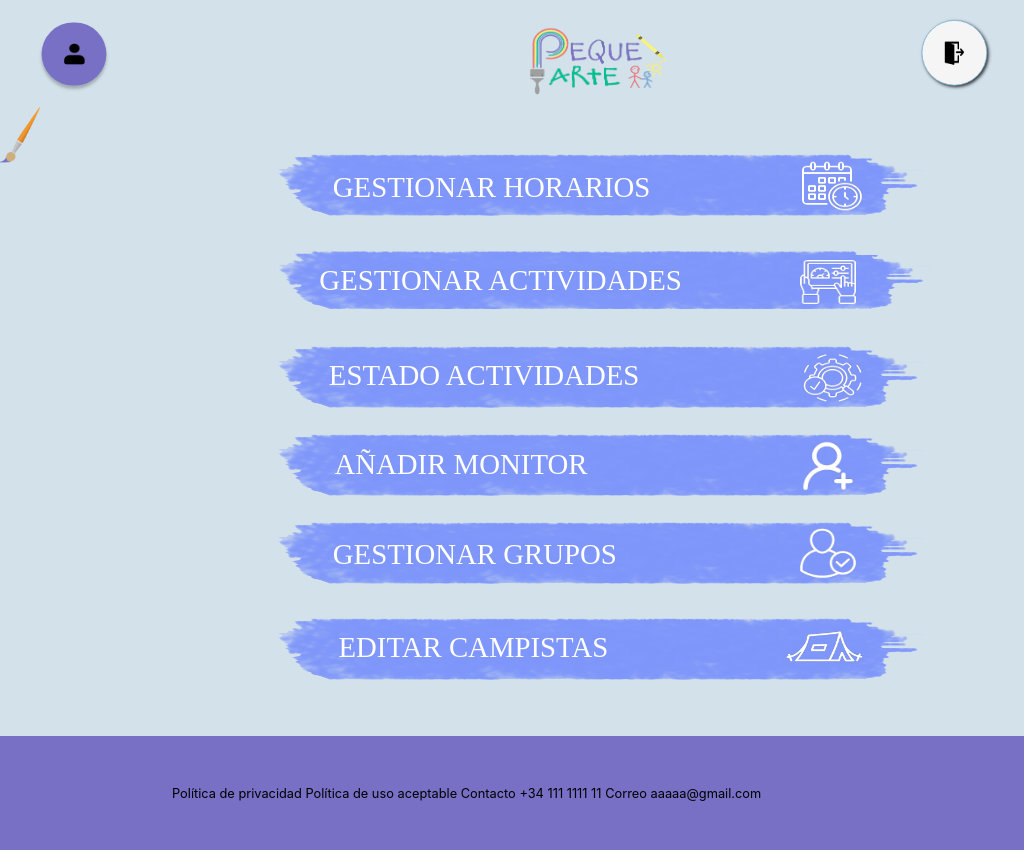
Repository: maariadomiingo/Proyecto-Integrador-Campamento
Page: html/interfaz_coordinador.html
An editor plug-in stored every save of this project. The page is shown before and after the next save, followed by the edit.
The browser window is 1280 px wide. The pictures show the whole page, at 80% of full size.

Above is the page before, as saved 2025-02-05 12:04:24.

### html/interfaz_coordinador.html
<!DOCTYPE html>
<html lang="es">
  <head>
    <meta charset="UTF-8" />
    <meta name="viewport" content="width=device-width, initial-scale=1.0" />
    <title>Documento</title>
    <link rel="stylesheet" href="../css/interfaz_coordinador.css" />
  </head>
  <body>
    <div class="contenedor">
      <div class="fondo"></div>
      <div class="circulo"></div>
      <img class="icono-usuario" src="../img/user.png" />
      <div class="circulo-salir"></div>
      <img class="icono-salir" src="../img/cerrar-sesion.png" />
      <div class="pie-de-pagina"></div>
      <div class="texto-pie-de-pagina">
        Política de privacidad Política de uso aceptable Contacto +34 111 1111
        11 Correo aaaaa@gmail.com
      </div>
      <div class="div-vacio"></div>
      <img class="trazo-pincel-1" src="../img/trazo-pincel.png" />
      <img class="trazo-pincel-2" src="../img/trazo-pincel.png" />
      <img class="trazo-pincel-3" src="../img/trazo-pincel.png" />
      <div class="agregar-monitor">
        <div class="texto-agregar-monitor">AÑADIR MONITOR</div>
      </div>
      <img class="icono-añadirMonitor" src="../img/anadir.png" />

      <img class="icono-estado-actividades" src="../img/actividades.png" />
      <img class="trazo-pincel-4" src="../img/trazo-pincel.png" />
      <div class="estado-actividades">
        <div class="texto-estado-actividades">ESTADO ACTIVIDADES</div>

      </div>


      <div class="gestionar-actividades">
        <img class="trazo-pincel-5" src="../img/trazo-pincel.png" />
        <div class="texto-gestionar-actividades">GESTIONAR ACTIVIDADES</div>
       </div>
       <img class="icono-actividades" src="../img/administrar.png" />

      <img id="pincel" src="../img/pincel.png" />


<!--       GESTIONAR HORARIOS-->
       <img class="trazo-pincel-6" src="../img/trazo-pincel.png" class="imagen-horarios" />
      <div class="gestionar-horarios">
        <div class="texto-gestionar-horarios">GESTIONAR HORARIOS</div>
      </div>
      <img class="icono-horario" src="../img/calendario.png" />

      <img class="logo" src="../img/logo sin fondo.png" />
      <img class="icono-campistas" src="../img/campistas.png" />

      <div class="editar-campistas">EDITAR CAMPISTAS</div>

      <div class="gestionar-grupos">GESTIONAR GRUPOS</div>
      <img class="icon-gestionarGrupos" src="../img/pasarlista.png" />
      </div>
    </div>
    <script src="../js/interfaz_coordinador.js"></script>
  </body>
</html>

### css/interfaz_coordinador.css
body {
  margin: 0;
  padding: 0;
  font-family: Arial, sans-serif;
  background: #D3E1EB;
  width: 100%; /* Ocupa el 100% del ancho de la pantalla */
  overflow-x: hidden; /* Evita el desplazamiento horizontal */
}

.circulo {
  width: 81px;
  height: 79px;
  left: 52px;
  top: 28px;
  position: absolute;
  background: #7770C5;
  box-shadow: 0px 4px 4px rgba(0, 0, 0, 0.25);
  border-radius: 9999px;
}

.icono-usuario {
  width: 34px;
  height: 31px;
  left: 76px;
  top: 52px;
  position: absolute;
}

.circulo-salir {
  width: 80px;
  height: 80px;
  left: 90%;
  top: 25px;
  position: absolute;
  background: #F5F5F5;
  box-shadow: 2px 2px 4px rgba(0, 0, 0, 0.75);
  border-radius: 9999px;
  border: 1px #7AB3D7 solid;
}

.icono-salir {
  left: 92.3%;
  top: 52px;
  width: 24px;
  height: 29px;
  position: absolute;
}

.pie-de-pagina {
  width: 100%; /* Ajusta el ancho al 100% del viewport */
  height: 143px;
  left: 0px;
  top: 920px;
  position: absolute;
  background: #7770C5;
}

.texto-pie-de-pagina {
  width: 1009px;
  left: 215px;
  top: 982px;
  position: absolute;
  color: black;
  font-size: 16px;
  font-family: Inter;
  font-weight: 400;
  word-wrap: break-word;
}

.div-vacio {
  width: 407px;
  height: 125px;
  left: 187px;
  top: 300px;
  position: absolute;
}

.trazo-pincel-1,
.trazo-pincel-2,
.trazo-pincel-3,
.trazo-pincel-4,
.trazo-pincel-5,
.trazo-pincel-6 {
  width: 940px;
  height: 400px;
  left: 288px;
  position: absolute;
}

.trazo-pincel-1 { top: 630px; }
.trazo-pincel-2 { top: 510px; }
.trazo-pincel-3 { top: 400px; }
.trazo-pincel-4 { top: 290px; }
.trazo-pincel-5 { top: 510px; }
.trazo-pincel-6 { top: 50px; }

.agregar-monitor {
  width: 955px;
  height: 110px;
  left: 281px;
  top: 516px;
  position: absolute;
}

.agregar-monitor img {
  width: 955px;
  height: 114px;
  left: 0px;
  top: 0px;
  position: absolute;
}

.texto-agregar-monitor {
  width: 455px;
  height: 17.65px;
  left: 137px;
  top: 44px;
  position: absolute;
  color: white;
  font-size: 36px;
  font-family: Montserrat;
  font-weight: 500;
  word-wrap: break-word;
}

.estado-actividades {
  width: 955px;
  height: 114px;
  left: 284px;
  top: 402px;
  position: absolute;
}

.estado-actividades img {
  width: 955px;
  height: 114px;
  left: 0px;
  top: 0px;
  position: absolute;
}

.texto-estado-actividades {
  width: 533px;
  height: 18.30px;
  left: 127px;
  top: 46.41px;
  position: absolute;
  color: white;
  font-size: 36px;
  font-family: Montserrat;
  font-weight: 500;
  word-wrap: break-word;
}

.gestionar-actividades {
  width: 948px;
  height: 134px;
  left: 288px;
  top: 268px;
  position: relative;
}

.gestionar-actividades img {
  width: 948px;
  height: 380px;
  left: 0px;
  top: -90px;
  position: absolute;
}

.texto-gestionar-actividades {
  width: 566.81px;
  height: 21.51px;
  left: 111.19px;
  top: 61.17px;
  position: absolute;
  color: white;
  font-size: 36px;
  font-family: Montserrat;
  font-weight: 500;
  word-wrap: break-word;
}

.pincel {
  width: 100px;
  height: 185px;
  left: 330px;
  top: 390px;
  position: absolute;
  transform: rotate(180deg);
  transform-origin: 0 0;

  display: none; /* Oculta el pincel inicialmente */
  pointer-events: none; /* Evita que el pincel interfiera con los eventos del ratón */
  transition: top 0.1s ease; /* Suaviza el movimiento */



}

.div-vacio-2 {
  width: 651px;
  height: 863px;
  left: 670px;
  top: 463px;
  position: absolute;
}

.gestionar-horarios {
  width: 962px;
  height: 128px;
  left: 288px;
  top: 152px;
  position: absolute;
}

.gestionar-horarios img {
  width: 962px;
  height: 128px;
  left: 0px;
  top: 0px;
  position: absolute;
}

.imagen-horarios {
  width: 26px;
  height: 256px;
  left: 674.91px;
  top: 44.25px;
  position: absolute;
}

.texto-gestionar-horarios {
  width: 584.25px;
  height: 20.54px;
  left: 127.93px;
  top: 60.84px;
  position: absolute;
  color: white;
  font-size: 36px;
  font-family: Montserrat;
  font-weight: 500;
  word-wrap: break-word;
}

.icono-horario {
  width: 80px;
  height: 65px;
  left: 1000px;
  top: 200px;
  position: absolute;
}

.icono-actividades {
  width: 80px;
  height: 65px;
  left: 1000px;
  top: 440px;
  position: absolute;
}

.icono-gestionar {
  width: 80px;
  height: 65px;
  left: 1000px;
  top: 200px;
  position: absolute;
}

.icono-estado-actividades {
  width: 70px;
  height: 55px;
  left: 1000px;
  top: 325px;
  position: absolute;
  z-index: 1;
}

.icono-añadirMonitor {
  width: 70px;
  height: 65px;
  left: 1000px;
  top: 550px;
  position: absolute;
}

.icon-gestionarGrupos {
  width: 70px;
  height: 63px;
  left: 1000px;
  top: 660px;
  position: absolute;
}

.logo {
  width: 194px;
  height: 103px;
  left: 647px;
  top: 25px;
  position: absolute;
}

.icono-campistas {
  width: 95px;
  height: 80px;
  left: 983px;
  top: 768px;
  position: absolute;
}

.div-vacio-3 {
  width: 100px;
  height: 100px;
  left: 646px;
  top: 210px;
  position: absolute;
}

.editar-campistas {
  width: 455px;
  height: 60px;
  left: 423px;
  top: 788px;
  position: absolute;
  color: white;
  font-size: 36px;
  font-family: Montserrat;
  font-weight: 500;
  word-wrap: break-word;
}

.gestionar-grupos {
  width: 455px;
  height: 17.65px;
  left: 416px;
  top: 672px;
  position: absolute;
  color: white;
  font-size: 36px;
  font-family: Montserrat;
  font-weight: 500;
  word-wrap: break-word;
}

.rectangulo-pequeno {
  width: 69px;
  height: 70px;
  padding-left: 5.75px;
  padding-right: 5.75px;
  padding-top: 17.50px;
  padding-bottom: 17.50px;
  left: 966px;
  top: 655px;
  position: absolute;
  flex-direction: column;
  justify-content: center;
  align-items: center;
  display: inline-flex;
}

.rectangulo-interno {
  width: 57.50px;
  height: 35px;
  background: white;
}

.imagen-pequena-1 {
  width: 77px;
  height: 78px;
}

.imagen-pequena-2 {
  width: 77px;
  height: 73px;
}

.imagen-pequena-3 {
  width: 46px;
  height: 49px;
}

### js/interfaz_coordinador.js
// Selecciona la imagen del pincel
const pincel = document.getElementById("pincel");

// Selecciona todos los trazos de pincel
const trazosPincel = document.querySelectorAll(".trazo-pincel-1, .trazo-pincel-2, .trazo-pincel-3, .trazo-pincel-4, .trazo-pincel-5, .trazo-pincel-6");

// Mantén el tamaño original del pincel
pincel.style.width = "50px"; // Ajusta según el tamaño original en CSS
pincel.style.height = "auto"; // Mantiene la proporción

// Función para mover el pincel verticalmente sin cambiar tamaño
function moverPincel(event) {
  const rect = event.target.getBoundingClientRect();
  const mouseY = event.clientY - rect.top;

  // Asegurar que el pincel no cambie de tamaño y se mantiene alineado
  pincel.style.top = `${rect.top + mouseY - pincel.offsetHeight / 2}px`;
  pincel.style.left = `${rect.left}px`;
  pincel.style.display = "block";
}

// Función para ocultar el pincel
function ocultarPincel() {
  pincel.style.display = "none";
}

// Añade eventos a los trazos de pincel
trazosPincel.forEach((trazo) => {
  trazo.addEventListener("mousemove", moverPincel);
  trazo.addEventListener("mouseleave", ocultarPincel);
});

After the next save:
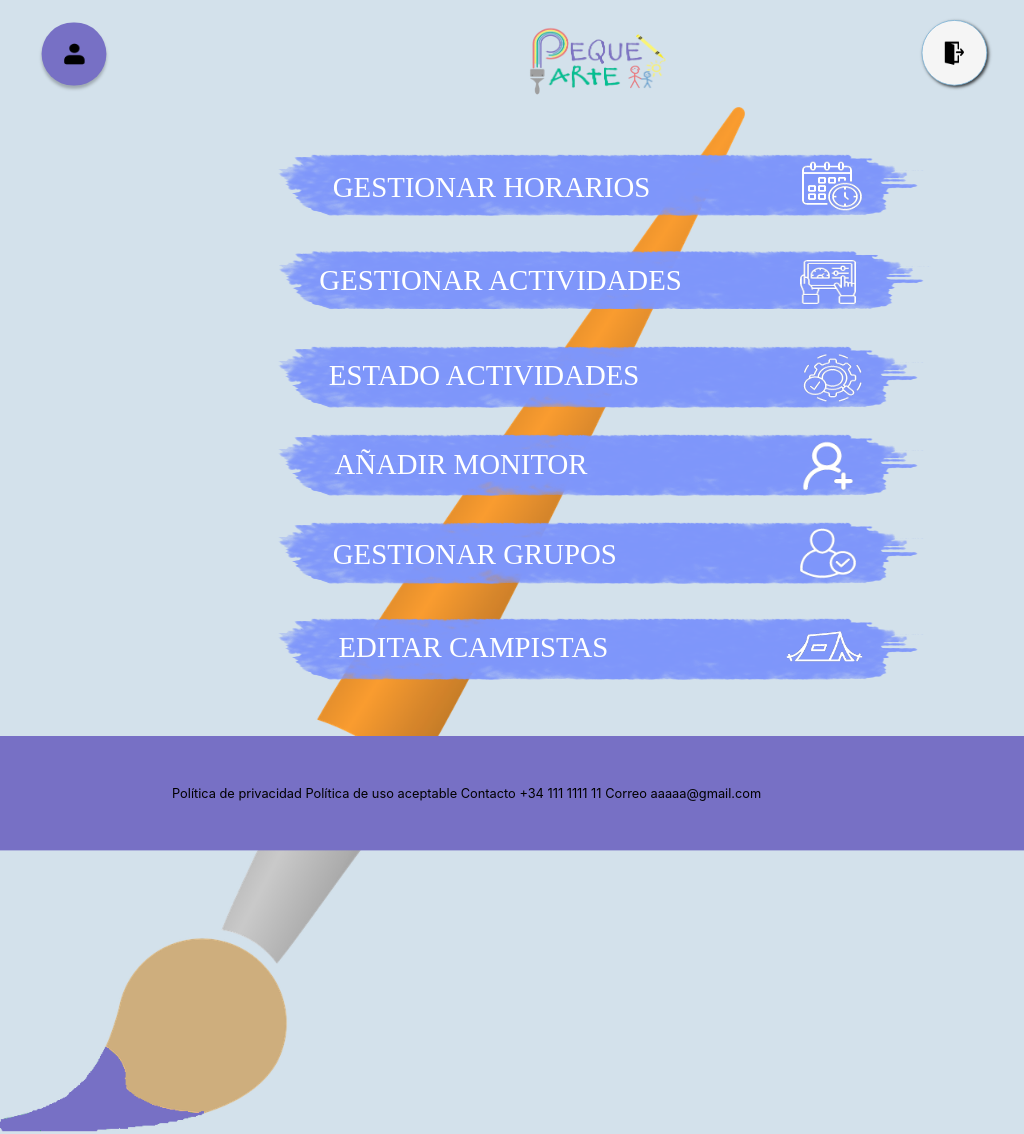
Saved 15 s later.
--- a/js/interfaz_coordinador.js
+++ b/js/interfaz_coordinador.js
@@ -1,31 +1,31 @@
-// Selecciona la imagen del pincel
-const pincel = document.getElementById("pincel");
 
-// Selecciona todos los trazos de pincel
-const trazosPincel = document.querySelectorAll(".trazo-pincel-1, .trazo-pincel-2, .trazo-pincel-3, .trazo-pincel-4, .trazo-pincel-5, .trazo-pincel-6");
+  // Selecciona la imagen del pincel
+  const pincel = document.getElementById("pincel");
 
-// Mantén el tamaño original del pincel
-pincel.style.width = "50px"; // Ajusta según el tamaño original en CSS
-pincel.style.height = "auto"; // Mantiene la proporción
+  // Selecciona todos los trazos de pincel
+  const trazosPincel = document.querySelectorAll(
+    ".trazo-pincel-1, .trazo-pincel-2, .trazo-pincel-3, .trazo-pincel-4, .trazo-pincel-5, .trazo-pincel-6"
+  );
 
-// Función para mover el pincel verticalmente sin cambiar tamaño
-function moverPincel(event) {
-  const rect = event.target.getBoundingClientRect();
-  const mouseY = event.clientY - rect.top;
+  // Función para mover el pincel verticalmente
+  function moverPincel(event) {
+    // Obtén la posición vertical del ratón dentro del trazo de pincel
+    const rect = event.target.getBoundingClientRect();
+    const mouseY = event.clientY - rect.top;
 
-  // Asegurar que el pincel no cambie de tamaño y se mantiene alineado
-  pincel.style.top = `${rect.top + mouseY - pincel.offsetHeight / 2}px`;
-  pincel.style.left = `${rect.left}px`;
-  pincel.style.display = "block";
-}
+    // Mueve el pincel a la posición del ratón
+    pincel.style.top = `${rect.top + mouseY - pincel.offsetHeight / 2}px`;
+    pincel.style.left = `${rect.left}px`; // Mantén la posición horizontal fija
+    pincel.style.display = "block"; // Muestra el pincel
+  }
 
-// Función para ocultar el pincel
-function ocultarPincel() {
-  pincel.style.display = "none";
-}
+  // Función para ocultar el pincel
+  function ocultarPincel() {
+    pincel.style.display = "none";
+  }
 
-// Añade eventos a los trazos de pincel
-trazosPincel.forEach((trazo) => {
-  trazo.addEventListener("mousemove", moverPincel);
-  trazo.addEventListener("mouseleave", ocultarPincel);
-});
+  // Añade eventos a los trazos de pincel
+  trazosPincel.forEach((trazo) => {
+    trazo.addEventListener("mousemove", moverPincel);
+    trazo.addEventListener("mouseleave", ocultarPincel);
+  });

After the save that followed:
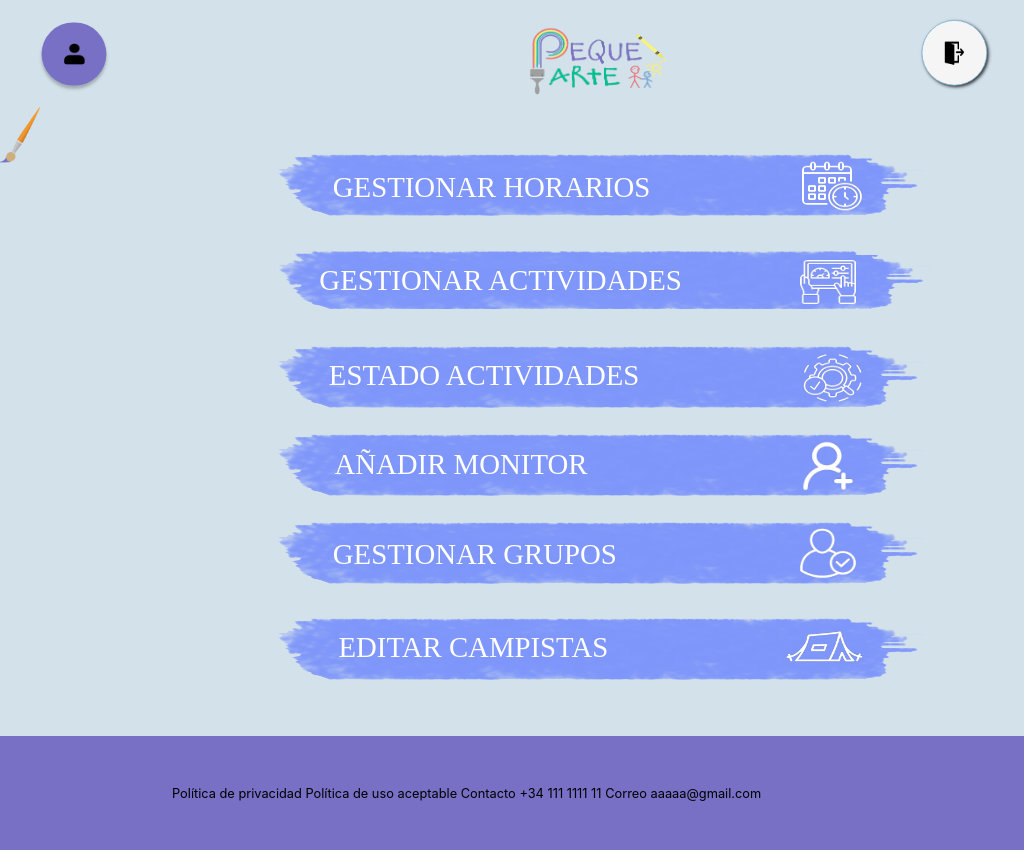
Saved 53 s later.
--- a/js/interfaz_coordinador.js
+++ b/js/interfaz_coordinador.js
@@ -1,31 +1,31 @@
+// Selecciona la imagen del pincel
+const pincel = document.getElementById("pincel");
 
-  // Selecciona la imagen del pincel
-  const pincel = document.getElementById("pincel");
+// Selecciona todos los trazos de pincel
+const trazosPincel = document.querySelectorAll(".trazo-pincel-1, .trazo-pincel-2, .trazo-pincel-3, .trazo-pincel-4, .trazo-pincel-5, .trazo-pincel-6");
 
-  // Selecciona todos los trazos de pincel
-  const trazosPincel = document.querySelectorAll(
-    ".trazo-pincel-1, .trazo-pincel-2, .trazo-pincel-3, .trazo-pincel-4, .trazo-pincel-5, .trazo-pincel-6"
-  );
+// Mantén el tamaño original del pincel
+pincel.style.width = "50px"; // Ajusta según el tamaño original en CSS
+pincel.style.height = "auto"; // Mantiene la proporción
 
-  // Función para mover el pincel verticalmente
-  function moverPincel(event) {
-    // Obtén la posición vertical del ratón dentro del trazo de pincel
-    const rect = event.target.getBoundingClientRect();
-    const mouseY = event.clientY - rect.top;
+// Función para mover el pincel verticalmente sin cambiar tamaño
+function moverPincel(event) {
+  const rect = event.target.getBoundingClientRect();
+  const mouseY = event.clientY - rect.top;
 
-    // Mueve el pincel a la posición del ratón
-    pincel.style.top = `${rect.top + mouseY - pincel.offsetHeight / 2}px`;
-    pincel.style.left = `${rect.left}px`; // Mantén la posición horizontal fija
-    pincel.style.display = "block"; // Muestra el pincel
-  }
+  // Asegurar que el pincel no cambie de tamaño y se mantiene alineado
+  pincel.style.top = `${rect.top + mouseY - pincel.offsetHeight / 2}px`;
+  pincel.style.left = `${rect.left}px`;
+  pincel.style.display = "block";
+}
 
-  // Función para ocultar el pincel
-  function ocultarPincel() {
-    pincel.style.display = "none";
-  }
+// Función para ocultar el pincel
+function ocultarPincel() {
+  pincel.style.display = "none";
+}
 
-  // Añade eventos a los trazos de pincel
-  trazosPincel.forEach((trazo) => {
-    trazo.addEventListener("mousemove", moverPincel);
-    trazo.addEventListener("mouseleave", ocultarPincel);
-  });
+// Añade eventos a los trazos de pincel
+trazosPincel.forEach((trazo) => {
+  trazo.addEventListener("mousemove", moverPincel);
+  trazo.addEventListener("mouseleave", ocultarPincel);
+});
